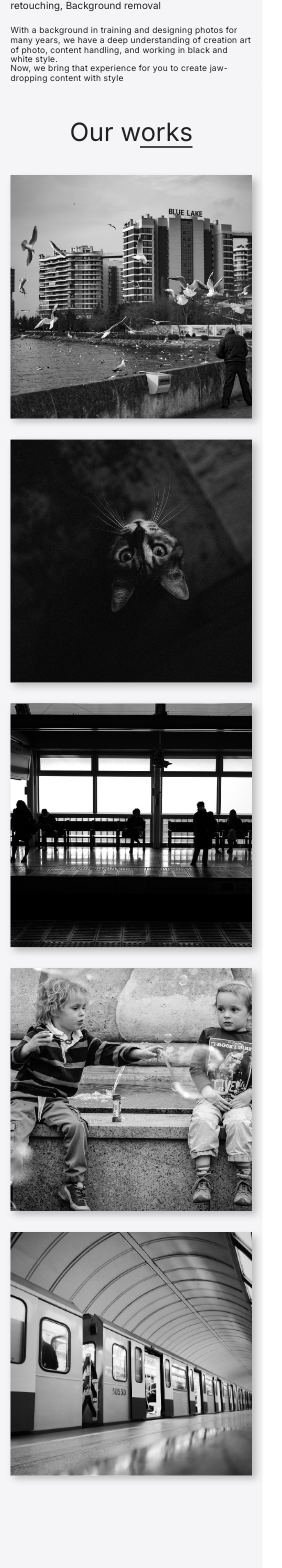
Repository: Wander1ay/Monovision_Studio
Page: src/index.html
An editor plug-in stored every save of this project. The page is shown before and after the next save, followed by the edit.
The browser window is 375 px wide. The page is 403 px wide, so the pictures cover 403 px, including what lies to the right of the window. The pictures show the part of the page from y = 820 to 3060 px (the page is 5317 px tall before and 4302 px after), at 70% of full size.

Above is the page before, as saved 2025-04-07 14:30:14.

### src/index.html
<!DOCTYPE html>
<html lang="en">
<head>
    <meta charset="UTF-8">
    <meta name="viewport" content="width=device-width, initial-scale=1.0">
    <title>Monovision Studio</title>

    <link
        href="https://fonts.googleapis.com/css2?family=Inter:ital,opsz,wght@0,14..32,100..900;1,14..32,100..900&display=swap"
        rel="stylesheet">
    <link rel="stylesheet" href="css/modern-normalize.min.css">
    <link rel="stylesheet" href="css/style.css">
</head>
<body>
    <main>
        <section class="promo">
            <div class="container">
                <h1 class="promo__title">Monovision Studio</h1>
                <h2 class="promo_subtitle">Want some style on your photos?</h2>
                <a href="#" class="btn">Portfolio</a>
                <div class="promo__adress">
                    Location:
                    <address>Everton Park, Block 2, Singapore 081002</address>
                    <a href="tel:+6569964725">+6569964725</a>
                </div>
            </div>
            <ul class="keywords">
                <li>Landscape</li>
                <li>Business</li>
                <li>Vogue</li>
                <li>Casual</li>
                <li>Style</li>
                <li>Pets</li>
                <li>Industrial</li>
                <li>Family</li>
                <li>Company</li>
                <li>Clothes</li>
                <li>Design</li>
                <li>Urban</li>
                <li>Fashion</li>
                <li>Portrait</li>
                <li>Nature</li>
            </ul>
        </section>

        <section class="about">
            <div class="container">
                <h2 class="about__title">What you can expect from us:</h2>
                <p class="about__text">We prioritize simple and elegant forms, clean colors, and meticulous editing to ensure quality
                    products. With a passion
                    for minimalism, we aim to maximize the impact of visual messages and stories in <span>each photo</span></p>
                <div class="servisces">
                    <div class="servisces__items">
                        <div class="services__item-subtitle">All services</div>
                        <ul>
                            <li>Portrait Photography: Individual, Family, Corporate, Creative</li>
                            <li>Commercial Photography: Product, Fashion, Advertising</li>
                            <li>Photo Editing & Retouching: Color correction, Skin retouching, Background removal</li>
                        </ul>
                    </div>
                    <p class="services__text">
                        With a background in training and designing photos for many years, we have a deep understanding of creation art
                        of
                        photo, content handling, and working in black and white style. <br>
                        Now, we bring that experience for you to create jaw-dropping content with style
                    </p>
                </div>
            </div>
        </section>

        <section class="works">
            <div class="container">
                <h2 class="title"><span>Our works</span></h2>
                <div class="works__grid">
                    <img src="img/works/bridge.jpg" alt="bridge">
                    <img src="img/works/cat.jpg" alt="cat">
                    <img src="img/works/train.jpg" alt="train">
                    <img src="img/works/children.jpg" alt="children">
                    <img src="img/works/underground.jpg" alt="underground">
                </div>
            </div>
        </section>

        <section class="inspiration">
            <div class="container">
                <h2 class="title"><span>Our inspiration</span></h2>
                <div class="inspiration__grid">
                    <img src="img/inspiration/man.jpg" alt="man">
                    <img src="img/inspiration/cat.jpg" alt="cat">
                    <img src="img/inspiration/horses.jpg" alt="horses">
                    <img src="img/inspiration/bridge.jpg" alt="bridge">
                    <img id="sky" src="img/inspiration/sky.jpg" alt="sky">
                    <img id="tenement" src="img/inspiration/tenement.jpg" alt="tenement">
                </div>
             </div>
        </section>

        <section class="customers">
            <div class="container">
                <h2 class="title"><span>Our inspiration</span></h2>
                <div class="customers__wrapper">
                    <img src="logo/logo-first-alliances.jpg" alt="first-alliances">
                    <img src="logo/logo-growell.jpg" alt="growel">
                    <img src="logo/logo-iec-winter-wolf.jpg" alt="iec-winter-wolf">
                </div>
            </div>
        </section>
        <footer class="footer">
            <ul class="footer__social">
                    <li>
                        <a href="#" class="footer__link">
                            <img src="icons/facebook.svg" alt="facebook">
                        </a>
                    </li>
                    <li>
                        <a href="#" class="footer__link">
                            <img src="icons/tg.svg" alt="tg">
                        </a>
                    </li>
                                    <li>
                        <a href="#" class="footer__link">
                            <img src="icons/whatsapp.svg" alt="whatsapp">
                        </a>
                    </li>
            </ul>
            <address class="footer__addr">
                Everton Park, Block 2, Singapore 081002
            </address>
            <a class="footer__tel" href="tel:+6569964725">+6569964725</a>
        </footer>
    </main>
</body>
</html>

### src/css/modern-normalize.min.css
/**
 * Minified by jsDelivr using clean-css v5.3.3.
 * Original file: /npm/modern-normalize@3.0.1/modern-normalize.css
 *
 * Do NOT use SRI with dynamically generated files! More information: https://www.jsdelivr.com/using-sri-with-dynamic-files
 */
/*! modern-normalize v3.0.1 | MIT License | https://github.com/sindresorhus/modern-normalize */
*,::after,::before{box-sizing:border-box}html{font-family:system-ui,'Segoe UI',Roboto,Helvetica,Arial,sans-serif,'Apple Color Emoji','Segoe UI Emoji';line-height:1.15;-webkit-text-size-adjust:100%;tab-size:4}body{margin:0}b,strong{font-weight:bolder}code,kbd,pre,samp{font-family:ui-monospace,SFMono-Regular,Consolas,'Liberation Mono',Menlo,monospace;font-size:1em}small{font-size:80%}sub,sup{font-size:75%;line-height:0;position:relative;vertical-align:baseline}sub{bottom:-.25em}sup{top:-.5em}table{border-color:currentcolor}button,input,optgroup,select,textarea{font-family:inherit;font-size:100%;line-height:1.15;margin:0}[type=button],[type=reset],[type=submit],button{-webkit-appearance:button}legend{padding:0}progress{vertical-align:baseline}::-webkit-inner-spin-button,::-webkit-outer-spin-button{height:auto}[type=search]{-webkit-appearance:textfield;outline-offset:-2px}::-webkit-search-decoration{-webkit-appearance:none}::-webkit-file-upload-button{-webkit-appearance:button;font:inherit}summary{display:list-item}
/*# sourceMappingURL=/sm/d2d8cd206fb9f42f071e97460f3ad9c875edb5e7a4b10f900a83cdf8401c53a9.map */

### src/css/style.css
h1,
h2,
h3,
h4,
h5,
figure,
p,
ol,
ul {
    margin: 0;
}

ol[role="list"],
ul[role="list"] {
    list-style: none;
    padding-inline: 0;
}

h1,
h2,
h3,
h4,
h5 {
    font-size: inherit;
    font-weight: inherit;
}

img {
    display: block;
    max-inline-size: 100%;
}

:root {
    --light-color: #F5F5F7;
    --dark-color: #221F20;
    --container-padding-inline: 13%;
    --footer-padding-inline: 10%;
    @media screen and (max-width: 768px) {
        --container-padding-inline: 6%;
        --footer-padding-inline: 6%;
    }
    @media screen and (max-width: 576px) {
        --container-padding-inline: 15px;
        --footer-padding-inline: 15px;
    }
}

html {
    font-family: "Inter", sans-serif;
}

.container {
    padding: 0 var(--container-padding-inline);
}

.title {
    text-align: center;
    font-weight: 400;
    font-size: 40px;
    color: var(--dark-color);
    span {
        position: relative;
    }
    span::after {
        content: '';
        position: absolute;
        bottom: 0;
        right: 0;
        display: block;
        background-color: black;
        width: 75px;
        height: 2px;
    }
    @media screen and (max-width: 768px) {
        font-size: 36px;
    }
}

.promo {
    position: relative;
    min-height: 100vh;
    background: url('../img/main_bg.jpeg') center center / cover no-repeat;
    padding-top: 75px;
    @media screen and (max-width: 768px) {
        & {
            background: url('../img/tablet_bg.jpg') center center / cover no-repeat
        }
    }
    @media screen and (max-width: 576px) {
        & {
            min-height: 500px;
            padding-top: 50px;
        }
    }
}

.promo__title {
    font-weight: 400;
    font-size: 60px;
    text-transform: uppercase;
    color: var(--light-color);
    @media screen and (max-width: 768px) {
        font-size: 48px;
    }
    @media screen and (max-width: 576px) {
        font-size: 26px;
    }
}

.promo_subtitle {
    font-weight: 100;
    font-size: 32px;
    color: var(--light-color);
    padding-top: 124px;
    @media screen and (max-width: 768px) {
        & {
            padding-top: 80px;
        }
    }
    @media screen and (max-width: 576px) {
     padding-top: 30px;
     font-size: 16px;
    }
}

.btn {
    display: flex;
    justify-content: center;
    align-items: center;
    text-decoration: none;
    margin-top: 20px;
    padding: 3px 10px;
    width: 160px;
    min-height: 38px;
    border: 1px solid var(--light-color);
    background: rgba(217, 217, 217, 0);
    color: var(--light-color);
    font-weight: 100;
    font-size: 16px;
    cursor: pointer;
    transition: all 0.3s ease-out;
    @media screen and (max-width: 576px) {
        width: 120px;
        min-height: 30px;
        font-size: 14px;
    }
}

.btn:hover {
    font-weight: 500;
    font-size: 16px;
    box-shadow: 5px 5px 10px 0 rgba(255, 255, 255, 0.62);
}

.promo__adress {
    position: relative;
    margin-top: 100px;
    font-weight: 100;
    font-size: 16px;
    color: var(--light-color);
    address {
        font-style: normal;
    }
    a {
        color: inherit;
        text-decoration: none;
    }
    &::before {
        position: absolute;
        left: -45px;
        top: -17px;
        content: '';
        display: block;
        width: 49px;
        height: 49px;
        background: url(../icons/arrow.svg) center center / cover no-repeat
    }
    @media screen and (max-width: 768px) {
        & {
            margin-top: 80px;
        }
        &::before {
            left: -40;
        }
    }
    @media screen and (max-width: 750px) {
        &::before {
            display: none;
        }
    }
    @media screen and (max-width: 576px) {
     margin-top: 233px;
    }
}

.keywords {
    display: flex;
    justify-content: space-between;
    align-items: center;
    width: 100%;
    height: 20px;
    position: absolute;
    bottom: 0;
    font-weight: 100;
    font-size: 10px;
    color: var(--light-color);
    background: linear-gradient(180deg, rgba(255, 255, 255, 0.04) 0%, rgba(255, 255, 255, 0.12) 50%, rgba(255, 255, 255, 0.2) 100%);
    padding: 0 360px;
    li {
        list-style-type: none;
    }
    @media screen and (max-width: 1440px) {
        padding: 0 20px;
    }
    @media screen and (max-width: 768px) {
        & li:nth-last-child(-n + 6) {
            display: none;
        }
    }
    @media screen and (max-width: 576px) {
        & {
            margin-top: 10px;
        }
        & li:nth-last-child(-n + 11) {
            display: none;
        }
    }
}

.about {
    padding-top: 80px;
    background-color: var(--light-color);
    @media screen and (max-width: 576px) {
        padding-top: 50px;
    }
}

.about__title {
    font-style: italic;
    font-weight: 400;
    font-size: 12px;
    color: var(--dark-color);
}

.about__text {
    width: 1100px;
    margin-top: 20px;
    font-weight: 400;
    font-size: 40px;
    color: var(--dark-color);
    span {
        color: #a5a5a5;
    }
    @media screen and (max-width: 1440px) {
        width: 100%;
    }
    @media screen and (max-width: 768px) {
        & {
            font-size: 24px;
        }
    }
    @media screen and (max-width: 576px) {
        font-size: 16px;
    }
}

.servisces {
    margin-top: 80px;
    display: flex;
    column-gap: 10px;
    @media screen and (max-width: 768px) {
        display: block;
        margin-top: 40px;
    }
    @media screen and (max-width: 576px) {
        margin-top: 20px;
    }
}

.servisces__items {
    width: 50%;
    ul {
        margin-top: 20px;
        padding: 0;
    }
    li {
        position: relative;
        margin-top: 10px;
        list-style-type: none;
        font-weight: 400;
        font-size: 16px;
        color: var(--dark-color);
        &:first-child::before {
                content: '';
                display: block;
                position: absolute;
                left: -30px;
                top: 2px;
                width: 15px;
                height: 15px;
                background: url('../icons/camera.svg') center center / cover no-repeat
            }
            @media screen and (max-width: 768px) {
                &:first-child::before {
                    left: -25px;
                }
            }
            @media screen and (max-width: 576px) {
                &:first-child::before {
                    display: none;
                }
            }
            @media screen and (max-width: 576px) {
                font-size: 14px;
                margin-top: 5px;
            }
        &:nth-child(3)::before {
            content: '';
            display: block;
            position: absolute;
            left: -30px;
            top: 2px;
            width: 15px;
            height: 15px;
            background: url('../icons/edit.svg') center center / cover no-repeat;
        }
        @media screen and (max-width: 768px) {
            &:nth-child(3)::before {
                left: -25px;
            }
        }
        @media screen and (max-width: 576px) {
            &:nth-child(3)::before {
                display: none;
            }
        }
    }
    @media screen and (max-width: 768px) {
        width: 100%;
    }
}

.services__item-subtitle {
    font-style: italic;
    font-weight: 400;
    font-size: 16px;
    color: var(--dark-color);
    @media screen and (max-width: 576px) {
        font-size: 12px;
    }
}

.services__text {
    width: 50%;
    font-weight: 400;
    font-size: 20px;
    letter-spacing: 0.02em;
    color: var(--dark-color);
    @media screen and (max-width: 768px) {
        margin-top: 40px;
        width: 100%;
    }
    @media screen and (max-width: 576px) {
        margin-top: 20px;
        font-size: 12px;
    }
}

.works {
    padding-top: 80px;
    background-color: var(--light-color);
    @media screen and (max-width: 768px) {
        padding-top: 50px;
    }
}

.works__grid {
    display: grid;
    margin-top: 50px;
    grid-template-columns: repeat(2, 1fr);
    grid-template-rows: repeat(2, 1fr) 1.5fr;
    column-gap: 30px;
    row-gap: 50px;
    img {
        width: 100%;
        height: 100%;
        object-fit: cover;
        box-shadow: 5px 5px 10px 0 rgba(0, 0, 0, 0.25);
    }
    @media screen and (max-width: 768px) {
        column-gap: 20px;
        row-gap: 30px;
        margin-top: 40px;
    }
    @media screen and (max-width: 576px) {
        grid-template-columns: 1fr;
        grid-template-rows: repeat(5, 1fr) 1.5fr;
        column-gap: 0px;
        row-gap: 30px;
    }
}

.inspiration {
    padding-top: 80px;
    background-color: var(--light-color);
}


.inspiration__grid {
        display: grid;
        grid-template-columns: repeat(4, 1fr);
        grid-template-rows:  repeat(4, 1fr);
        gap: 30px;
        margin-top: 50px;
        img {
                width: 100%;
                box-shadow: 5px 5px 10px 0px rgba(0, 0, 0, 0.25);
            }
}

#tenement {
    grid-row: 1/3;
    grid-column: 4/5;
}

#sky {
    grid-column: 2/4;
}

.customers {
    background-color: var(--light-color);
    padding: 80px 0 100px 0;
}

.customers__wrapper {
    margin-top: 50px;
    display: flex;
    flex-wrap: wrap;
    gap: 30px;
    img {
        width: calc(100% - 90px) / 4;
        box-shadow: 7px 7px 12px 0 rgba(0, 0, 0, 0.25);
    }
}

.footer {
    display: flex;
    justify-content: space-around;
    align-items: center;
    padding: 88px var(--footer-padding-inline);
    background: black;
    font-weight: 400;
    font-size: 20px;
    color: var(--light-color);
}

.footer__addr {
    font-style: normal;
}

.footer__tel {
    color: var(--light-color);
    text-decoration: none;
}

.footer__social {
    padding-left: 0;
    display: flex;
    gap: 30px;
    list-style-type: none;
    li {
        justify-content: center;
        align-items: center;
        display: flex;
        width: 32px;
        height: 32px;
        background: rgba(217, 217, 217, 0);
        border: 1px solid var(--light-color);
        img {
            width: 22px;
            height: 22px;
        }
    }
}

After the next save:
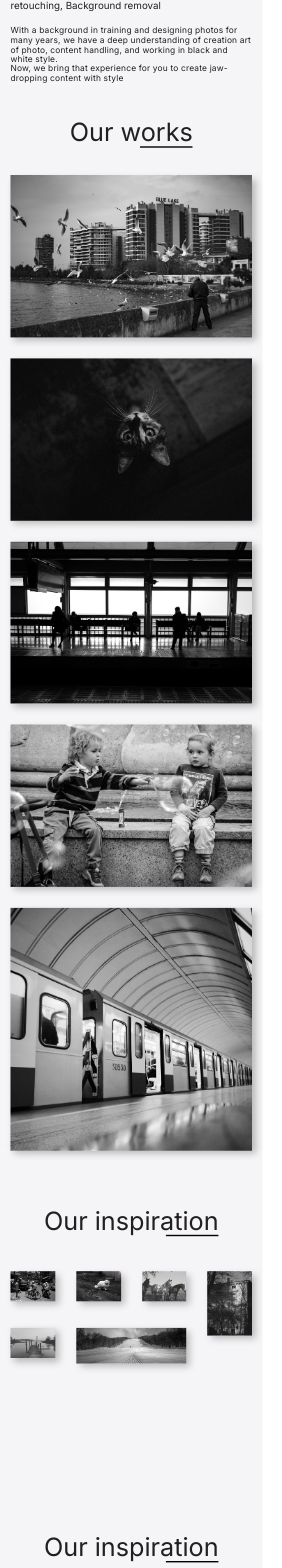
Saved 29 s later.
--- a/src/css/style.css
+++ b/src/css/style.css
@@ -394,7 +394,7 @@
     }
     @media screen and (max-width: 576px) {
         grid-template-columns: 1fr;
-        grid-template-rows: repeat(5, 1fr) 1.5fr;
+        grid-template-rows: repeat(4, 1fr) 1.5fr;
         column-gap: 0px;
         row-gap: 30px;
     }
